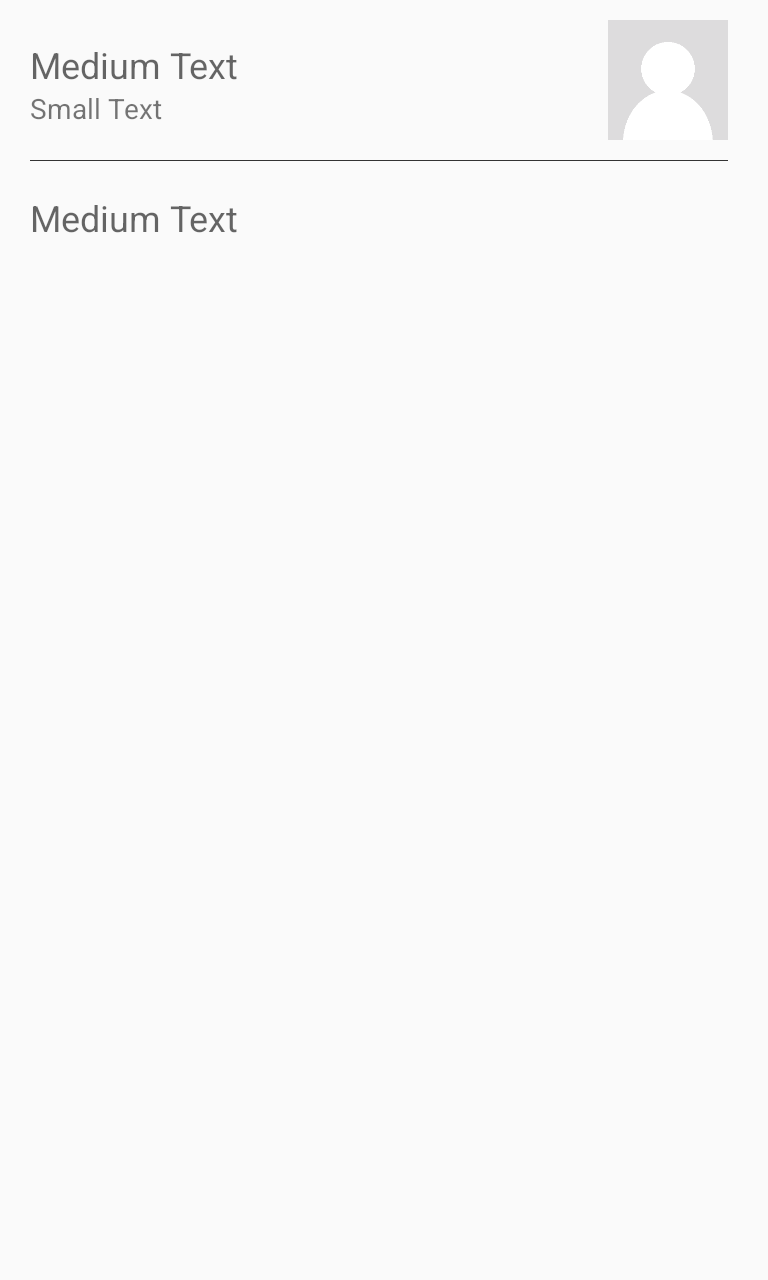
Repository: savindra/cutting-edge
Layout: Humzearch/res/layout/my_account.xml
These files come from the project's save history. The layout is drawn as it stood at one moment and after the next save; the edit follows.
It is drawn on a 768 x 1280 px phone screen (xhdpi) without system bars, with theme AppTheme; the app's code is not run.

Above is the layout before, as saved 2015-06-19 14:29:12.

### Humzearch/res/layout/my_account.xml
<?xml version="1.0" encoding="utf-8"?>
<RelativeLayout xmlns:android="http://schemas.android.com/apk/res/android"
    android:id="@+id/RelativeLayout1"
    android:layout_width="match_parent"
    android:layout_height="match_parent"
    android:orientation="vertical" >

    <TextView
        android:id="@+id/textView1"
        android:layout_width="wrap_content"
        android:layout_height="wrap_content"
        android:layout_alignParentLeft="true"
        android:layout_alignParentTop="true"
        android:layout_marginLeft="15dp"
        android:layout_marginTop="20dp"
        android:layout_toLeftOf="@+id/imageView1"
        android:text="Medium Text"
        android:textAppearance="?android:attr/textAppearanceMedium" />

    <TextView
        android:id="@+id/textView2"
        android:layout_width="wrap_content"
        android:layout_height="wrap_content"
        android:layout_alignLeft="@+id/textView1"
        android:layout_below="@+id/textView1"
        android:layout_toLeftOf="@+id/imageView1"
        android:text="Small Text"
        android:textAppearance="?android:attr/textAppearanceSmall" />

    <ImageView
        android:id="@+id/imageView1"
        android:layout_width="60dp"
        android:layout_height="60dp"
        android:layout_alignParentRight="true"
        android:layout_alignParentTop="true"
        android:layout_marginRight="20dp"
        android:layout_marginTop="10dp"
        android:src="@drawable/ic_default_user" />

    <ImageView
        android:id="@+id/imageView2"
        android:layout_width="match_parent"
        android:layout_height="0.3dp"
        android:layout_alignLeft="@+id/textView2"
        android:layout_below="@+id/imageView1"
        android:layout_marginRight="20dp"
        android:layout_marginTop="10dp"
        android:src="@drawable/color_cursor" />

    <TextView
        android:id="@+id/textView3"
        android:layout_width="wrap_content"
        android:layout_height="wrap_content"
        android:layout_alignLeft="@+id/textView2"
        android:layout_below="@+id/imageView2"
        android:layout_marginTop="16dp"
        android:text="Medium Text"
        android:textAppearance="?android:attr/textAppearanceMedium" />

</RelativeLayout>

### Humzearch/res/values-v21/style.xml
<?xml version="1.0" encoding="utf-8"?>
<resources>
    <style name="AppTheme" parent="AppTheme.Base">
        <!-- Customize your theme using Material Design here. -->
    </style>
</resources>

### Humzearch/res/values/styles.xml
<resources>

    <!-- Base application theme. -->
    <style name="AppTheme" parent="AppTheme.Base"/>

    <style name="AppTheme.Base" parent="Theme.AppCompat.Light.DarkActionBar">
        <!-- Customize your theme here. -->

        <!-- colorPrimary is used for the default action bar background -->
        <item name="colorPrimary">@color/ColorPrimary</item>

        <!-- colorPrimaryDark is used for the status bar -->
        <item name="colorPrimaryDark">@color/ColorPrimaryDark</item>

        <!-- colorAccent is used as the default value for colorControlActivated
             which is used to tint widgets -->

        <!-- You can also set colorControlNormal, colorControlActivated
             colorControlHighlight & colorSwitchThumbNormal. -->

        <item name="homeAsUpIndicator">@drawable/ic_drawer</item>
		<item name="android:homeAsUpIndicator">@drawable/ic_drawer</item>
    </style>

    <style name="AppTheme.NoTitleBar" parent="Theme.AppCompat.Light.NoActionBar">
        <!-- Customize your theme here. -->

        <!-- colorPrimary is used for the default action bar background -->
        <item name="colorPrimary">@color/ColorPrimary</item>

        <!-- colorPrimaryDark is used for the status bar -->
        <item name="colorPrimaryDark">@color/ColorPrimaryDark</item>

        <!-- colorAccent is used as the default value for colorControlActivated
             which is used to tint widgets -->

        <!-- You can also set colorControlNormal, colorControlActivated
             colorControlHighlight & colorSwitchThumbNormal. -->
    </style>

    <style name="AppTheme.BackButton" parent="Theme.AppCompat.Light.DarkActionBar">
        <!-- Customize your theme here. -->

        <!-- colorPrimary is used for the default action bar background -->
        <item name="colorPrimary">@color/ColorPrimary</item>

        <!-- colorPrimaryDark is used for the status bar -->
        <item name="colorPrimaryDark">@color/ColorPrimaryDark</item>

        <!-- colorAccent is used as the default value for colorControlActivated
             which is used to tint widgets -->

        <!-- You can also set colorControlNormal, colorControlActivated
             colorControlHighlight & colorSwitchThumbNormal. -->
    </style>

    <style name="toolbar_bottom" parent="Widget.AppCompat.Toolbar">
    	<item name="contentInsetStart">0dp</item>
    	<item name="contentInsetEnd">0dp</item>
	</style>

</resources>

### Humzearch/res/values/color.xml
<?xml version="1.0" encoding="utf-8"?>
<resources>
    <color name="ColorPrimary">#e62117</color>
    <color name="ColorPrimaryDark">#c31c13</color>
    <color name="tabsScrollColor">#8a140e</color>
    <color name="fontblack">#000</color>

    <!-- Main menu colors -->
    <color name="list_item_title">#303030</color>
    <color name="list_background">#eee</color>
    <color name="list_background_pressed">#aaa</color>
    <color name="list_divider">#ccc</color>
    <color name="counter_text_bg">#626262</color>
    <color name="counter_text_color">#c5c4c4</color>

    <color name="button">#ccc</color>

    <color name="link">#909090</color>
    <color name="secondbar">#f5f5f5</color>
    <color name="background">#fcfcfc</color>

</resources>

### Humzearch/res/drawable/color_cursor.xml
<?xml version="1.0" encoding="utf-8"?>
<shape xmlns:android="http://schemas.android.com/apk/res/android" >
    <size android:width="2dp" />
    <solid android:color="#333"  />
</shape>

After the next save:
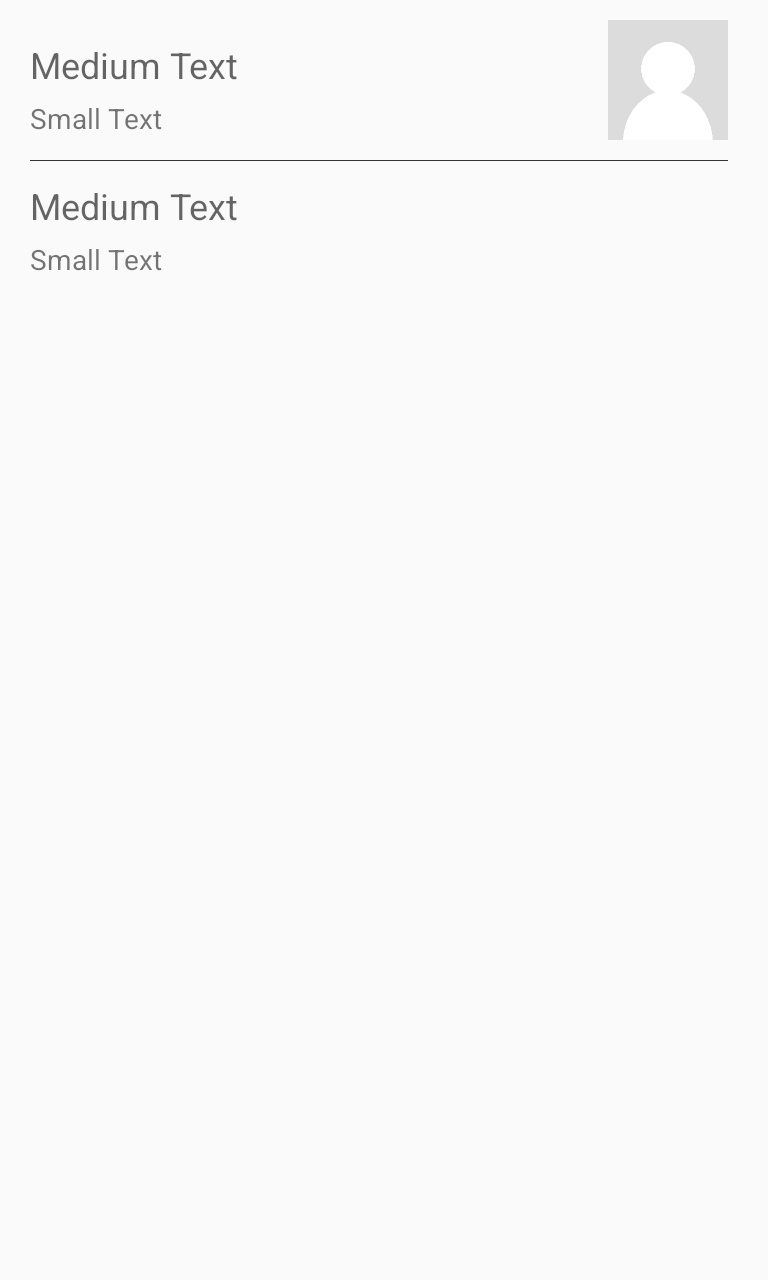
Saved 80 s later.
--- a/Humzearch/res/layout/my_account.xml
+++ b/Humzearch/res/layout/my_account.xml
@@ -23,6 +23,7 @@
         android:layout_height="wrap_content"
         android:layout_alignLeft="@+id/textView1"
         android:layout_below="@+id/textView1"
+        android:layout_marginTop="5dp"
         android:layout_toLeftOf="@+id/imageView1"
         android:text="Small Text"
         android:textAppearance="?android:attr/textAppearanceSmall" />
@@ -53,8 +54,28 @@
         android:layout_height="wrap_content"
         android:layout_alignLeft="@+id/textView2"
         android:layout_below="@+id/imageView2"
-        android:layout_marginTop="16dp"
+        android:layout_marginTop="10dp"
         android:text="Medium Text"
         android:textAppearance="?android:attr/textAppearanceMedium" />
 
+    <TextView
+        android:id="@+id/textView4"
+        android:layout_width="wrap_content"
+        android:layout_height="wrap_content"
+        android:layout_alignLeft="@+id/textView3"
+        android:layout_below="@+id/textView3"
+        android:layout_marginTop="5dp"
+        android:text="Small Text"
+        android:textAppearance="?android:attr/textAppearanceSmall" />
+
+    <ImageView
+        android:id="@+id/imageView3"
+        android:layout_width="match_parent"
+        android:layout_height="0.3dp"
+        android:layout_alignLeft="@+id/textView2"
+        android:layout_below="@+id/imageView1"
+        android:layout_marginRight="20dp"
+        android:layout_marginTop="10dp"
+        android:src="@drawable/color_cursor" />
+
 </RelativeLayout>
